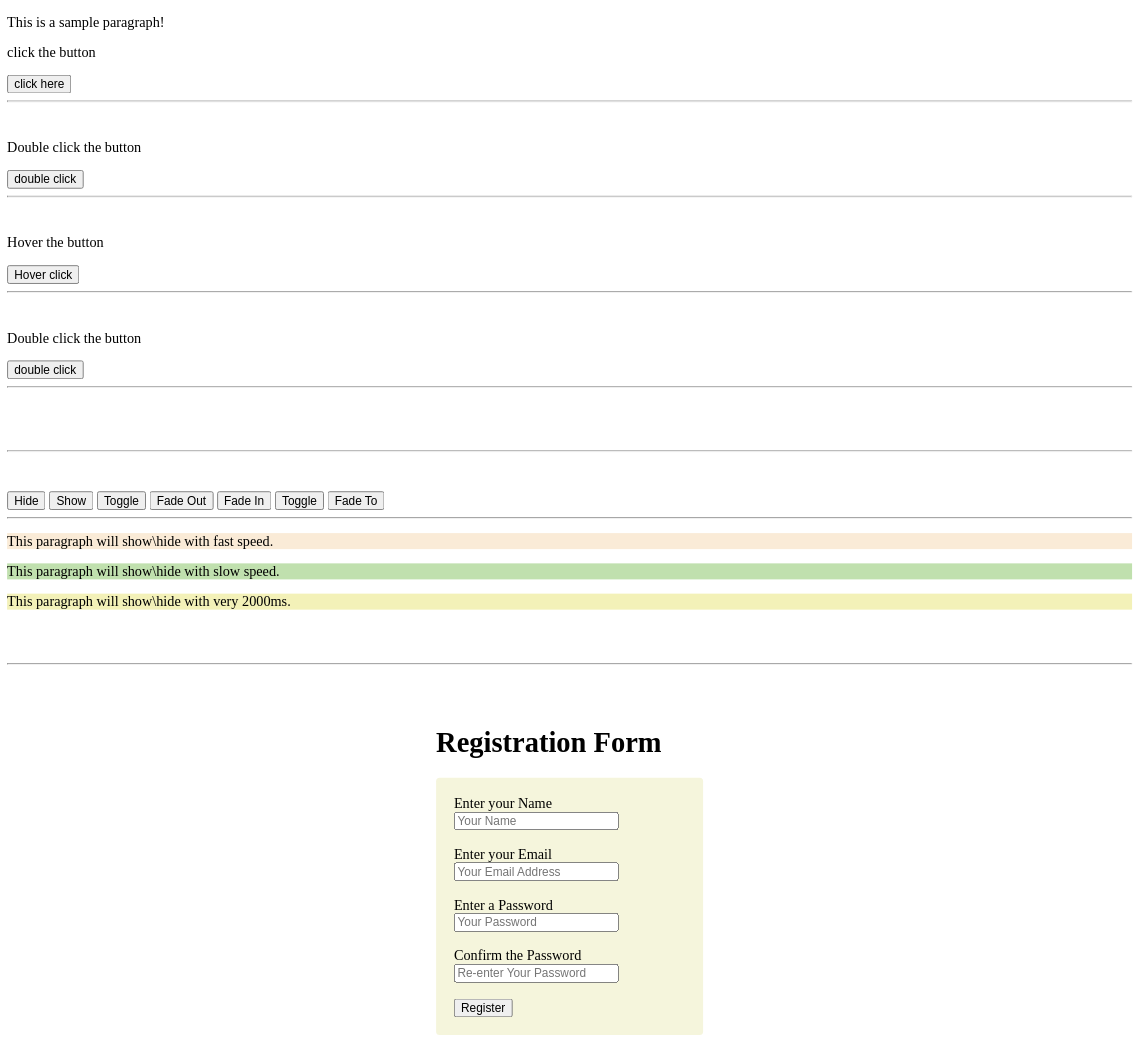
Repository: DhananjayaLakshan/Uom-Web_Design_For_Beginners
Page: Work02/index.html
An editor plug-in stored every save of this project. The page is shown before and after the next save, followed by the edit.
The browser window is 1280 px wide. The pictures show the whole page, at 89% of full size.

Above is the page before, as saved 2023-12-01 00:05:42.

### Work02/index.html
<!DOCTYPE html>
<html lang="en">

<head>
    <meta charset="UTF-8" />
    <meta name="viewport" content="width=device-width, initial-scale=1.0" />
    <title>jquery</title>
    <script src="jquery-3.7.1.min.js"></script>
    <script src="jquery.validate.min.js"></script>
    <script src="https://cdn.jsdelivr.net/npm/jquery-validation-unobtrusive@4.0.0/dist/jquery.validate.unobtrusive.min.js"></script>
    <link rel="stylesheet" href="style.css">
</head>

<body>
    <p id="pid">This is a sample paragraph!</p>

    <script>
        $(document).ready(function () {
            $("#pid").click(function () {
                alert("You clicked the paragraph..!!");
            });
        });

        // $('#pid').click(function(){
        //     alert('You clicked the paragraph..!!');
        // });

        // document.getElementById('pid').onclick = function(){
        //     alert('You clicked the paragraph..!!');
        // }
    </script>

    <p>click the button</p>
    <button id="btn1">click here</button>
    <br />
    <hr />
    <br />

    <p>Double click the button</p>
    <button id="btn2">double click</button>
    <br />
    <hr />
    <br />

    <p>Hover the button</p>
    <button id="btn3">Hover click</button>
    <br />
    <hr />
    <br />

    <p>Double click the button</p>
    <button id="btn4">double click</button>
    <br />
    <hr />
    <br />

    <script>
        $(document).ready(function () {
            $("#btn1").click(function () {
                $(this).hide();
            });

            $("#btn2").dblclick(function () {
                $(this).hide();
            });

            $("#btn3").hover(function () {
                $(this).css("background-color", "pink");
            });

            $("#btn4").on({
                mouseenter: function () {
                    $(this).css("background-color", "cyan");
                },
                mouseleave: function () {
                    $(this).css("background-color", "yellow");
                },
            });
        });
    </script>

    <br /><br />
    <hr />
    <br /><br />

    <button class="hideBtn">Hide</button>
    <button class="showBtn">Show</button>
    <button class="toggleBtn">Toggle</button>
    <button class="fadeout">Fade Out</button>
    <button class="fadein">Fade In</button>
    <button class="toggle">Toggle</button>
    <button class="fadeto">Fade To</button>

    <hr />

    <p class="pfast" style="background-color: antiquewhite">
        This paragraph will show\hide with fast speed.
    </p>
    <p class="pslow" style="background-color: rgb(192, 224, 174)">
        This paragraph will show\hide with slow speed.
    </p>
    <p class="pclass" style="background-color: rgb(243, 241, 184)">
        This paragraph will show\hide with very 2000ms.
    </p>

    <script>
        $(document).ready(function () {
            $(".hideBtn").click(function () {
                $("p.pfast").hide("fast");
                $("p.pslow").hide("slow");
                $("p.pclass").hide(2000);
            });

            $(".showBtn").click(function () {
                $("p.pfast").show("fast");
                $("p.pslow").show("slow");
                $("p.pclass").show(2000);
            });

            $(".toggleBtn").click(function () {
                $("p.pfast").toggle("fast");
                $("p.pslow").toggle("slow");
                $("p.pclass").toggle(2000);
            });

            $(".fadeout").click(function () {
                $("p.pfast").fadeOut("fast");
                $("p.pslow").fadeOut("slow");
                $("p.pclass").fadeOut(2000);
            });

            $(".fadein").click(function () {
                $("p.pfast").fadeIn("fast");
                $("p.pslow").fadeIn("slow");
                $("p.pclass").fadeIn(2000);
            });

            $(".toggle").click(function () {
                $("p.pfast").fadeToggle("fast");
                $("p.pslow").fadeToggle("slow");
                $("p.pclass").fadeToggle(2000);
            });

            $(".fadeto").click(function () {
                $("p.pfast").fadeTo("fast", 0.5);
                $("p.pslow").fadeTo("slow", 0.5);
                $("p.pclass").fadeTo(2000, 0.5);
            });
        });
    </script>

    <br /><br />
    <hr />
    <br /><br />

    <div class="container">
        <h1>Registration Form</h1>
        <form action="" name="registration">

            <label for="name">Enter your Name</label><br>
            <input type="text" name="name" id="name" placeholder="Your Name" />
            <span data-valmsg-for="name" data-valmsg-replace="true"></span>
            <br><br>

            <label for="email">Enter your Email</label><br>
            <input type="email" name="email" id="email" placeholder="Your Email Address" />
            <span data-valmsg-for="email" data-valmsg-replace="true"></span>
            <br><br>

            <label for="password">Enter a Password</label><br>
            <input type="password" name="password" id="password" placeholder="Your Password" />
            <span data-valmsg-for="password" data-valmsg-replace="true"></span>
            <br><br>

            <label for="password">Confirm the Password</label><br>
            <input type="password" name="confirmpassword" id="confirmpassword" placeholder="Re-enter Your Password" />
            <span data-valmsg-for="confirmpassword" data-valmsg-replace="true"></span>
            <br><br>

            <button type="submit">Register</button>
        </form>
    </div>

    <script>
        $(function(){
            $("form[name='registration']").validate({
                rules:{
                    name:"required",
                    email:{
                        required:true,
                        email:true
                    },
                    password:{
                        required:true,
                        minlength:5
                    },
                    confirmpassword:{
                        required:true,
                        minlength:5,
                        equalTo:"password"
                    }
                },

                messages:{
                    name: "Please enter your name",

                    email:{
                        required:"Please enter your email address",
                        email:"Please enter the valid email"
                    },

                    password:{
                        required: "Please enter a password",
                        minlength:"Your password must be consist of at lease 5 characters"
                    },

                    confirmpassword:{
                        required: "Please Re-enter the password",
                        minlength: "Your password must be consist of at lease 5 characters",
                        equalTo: "Please enter the same password as above"
                    }
                }
            })
        });
    </script>











</body>

</html>

### Work02/style.css
.container{
    width: 300px;
    margin: 25px auto;
}

form{
    padding: 20px;
    background-color:beige;
    color: black;
    font-weight: 500;
    -moz-border-radius: 4px;
    -webkit-border-radius: 4px;
    border-radius: 4px;
}

Loaded but not shown: Work02/jquery-3.7.1.min.js (library); Work02/jquery.validate.min.js (library)

After the next save:
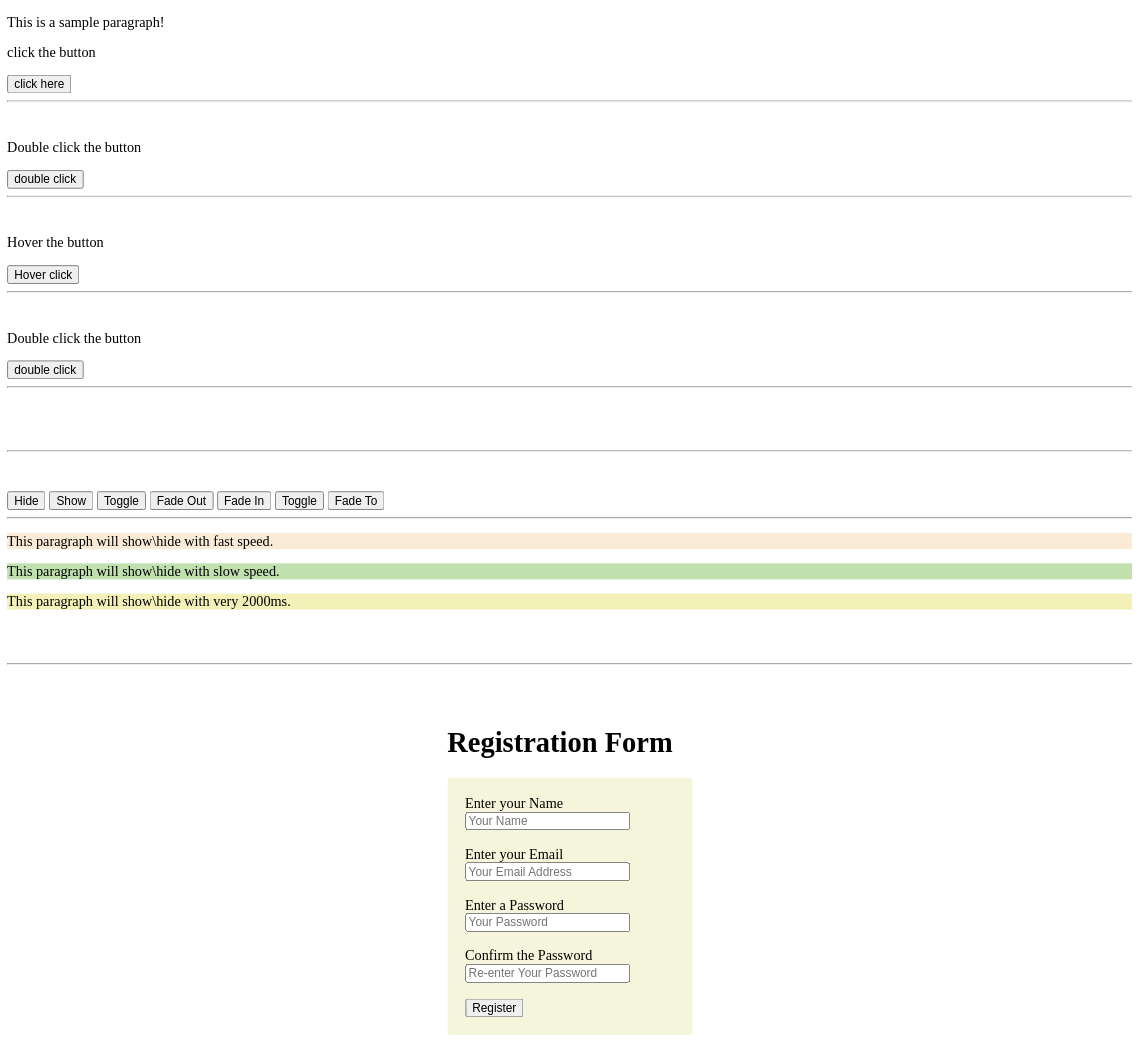
Saved 4 s later.
--- a/Work02/style.css
+++ b/Work02/style.css
@@ -1,5 +1,5 @@
 .container{
-    width: 300px;
+    width: 275px;
     margin: 25px auto;
 }
 
